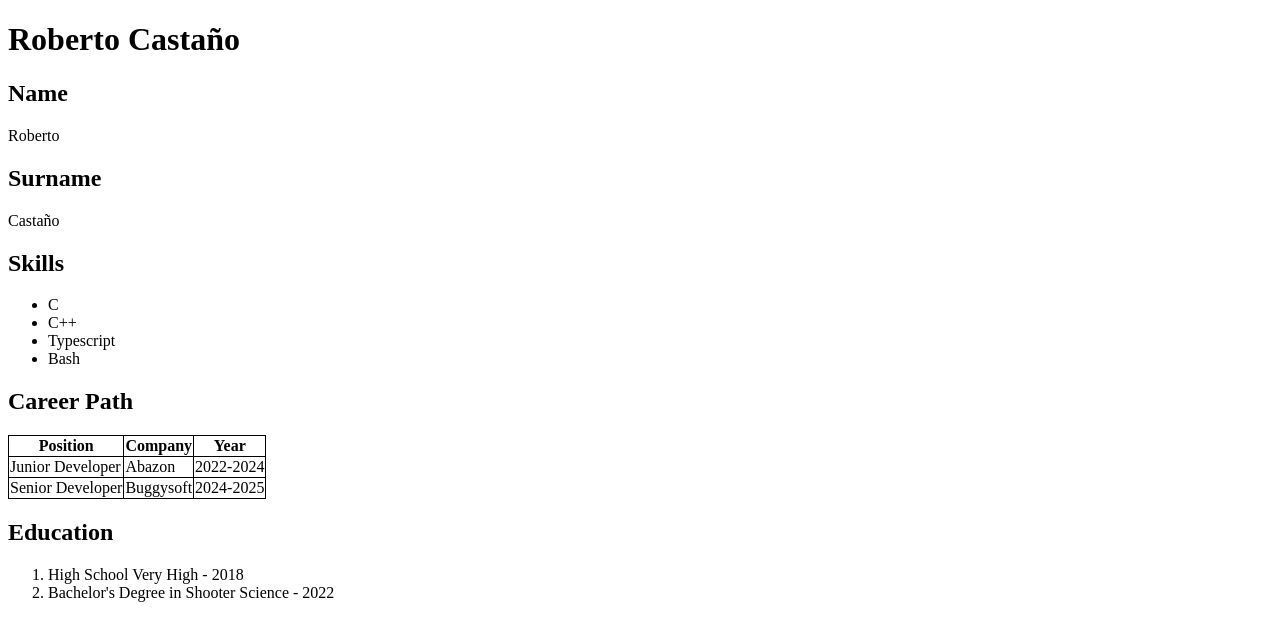
Repository: cronopi/django
Page: Training-Python-Django-0 1/ex01/cv.html
An editor plug-in stored every save of this project. The page is shown before and after the next save, followed by the edit.
The browser window is 1280 px wide. The pictures show the whole page.

Above is the page before, as saved 2026-03-10 12:44:38.

After the next save:
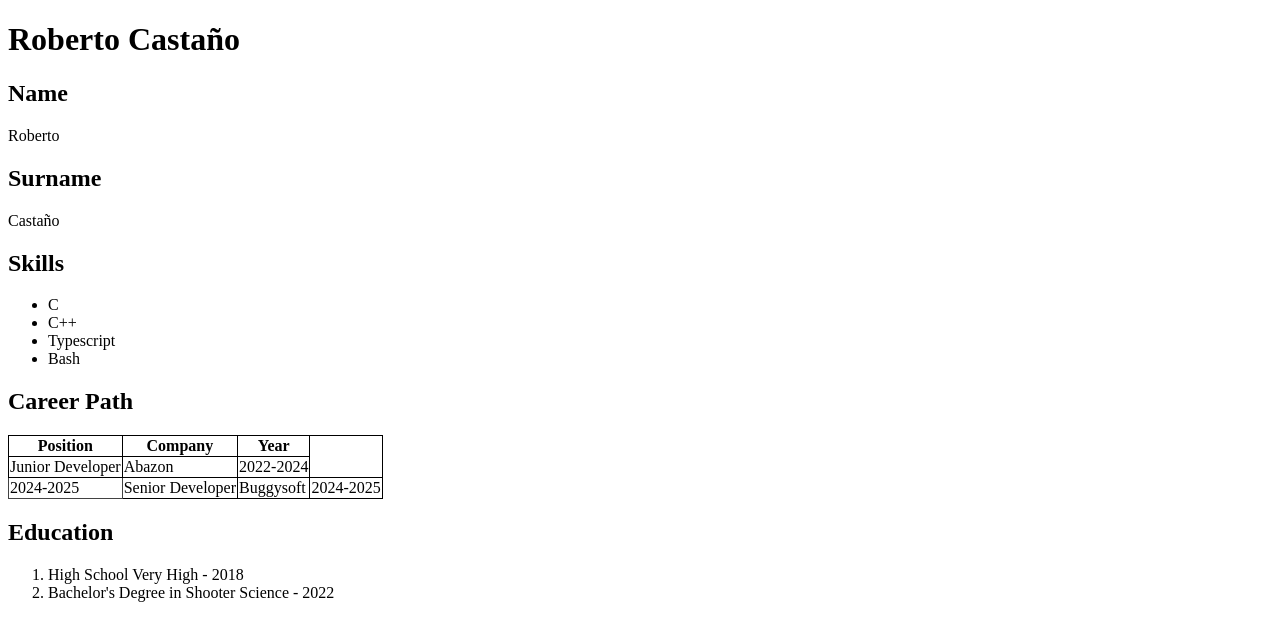
Saved 118 s later.
--- a/Training-Python-Django-0 1/ex01/cv.html
+++ b/Training-Python-Django-0 1/ex01/cv.html
@@ -45,6 +45,7 @@
 			<td>2022-2024</td>
 		</tr>
 		<tr>
+			<td style="border-color: #424242;">2024-2025</td>
 			<td>Senior Developer</td>
 			<td>Buggysoft</td>
 			<td>2024-2025</td>
